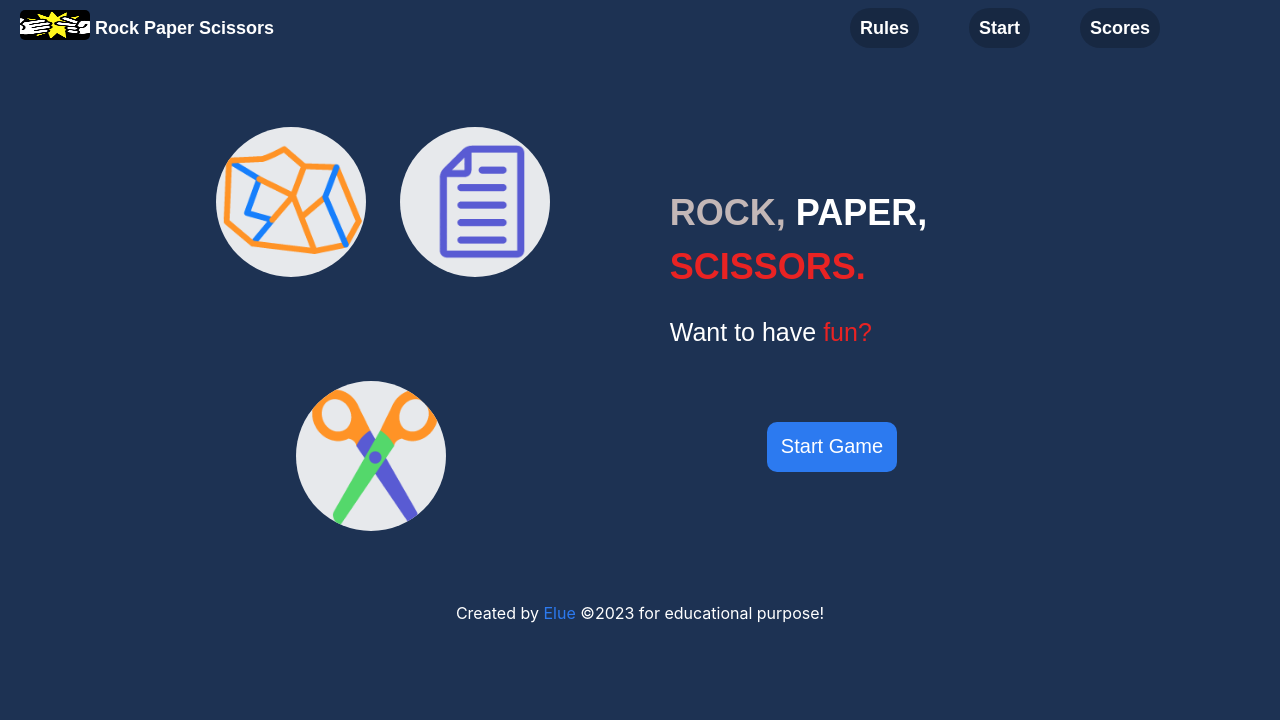
Repository: MikkyPrestige/rock-paper-scissors
Page: index.html
These files come from the project's save history. The page is drawn as it stood at one moment and after the next save; the edit follows.
The browser window is 1280 px wide. The pictures show the whole page.

Above is the page before, as saved 2023-05-08 05:22:21.

After the next save:
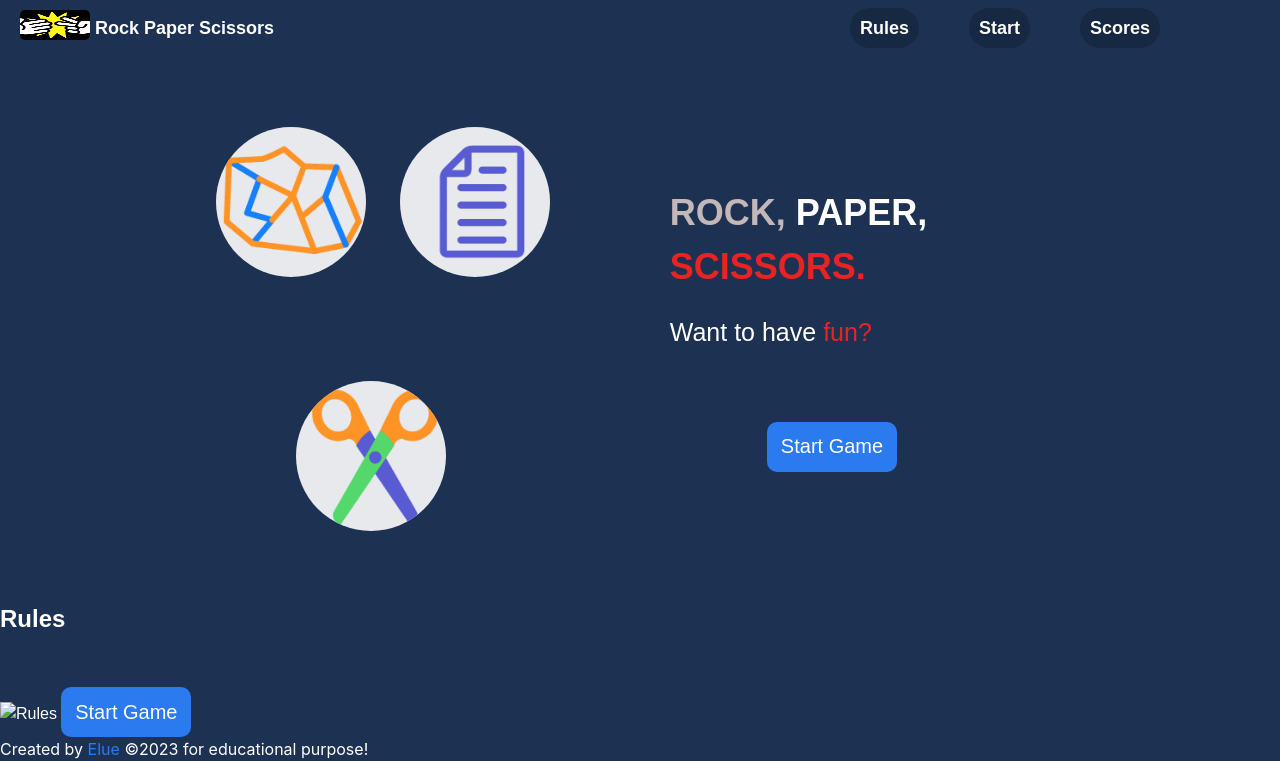
Not found: img/Rules.png
Saved 58 s later.
--- a/index.html
+++ b/index.html
@@ -34,14 +34,23 @@
         <img src="./img/Scissors.gif" alt="Scissors image" class="img scissors">
       </div>
       <div class="content">
-        <h1 class="content--title"><span class="content-rock">Rock,</span> Paper, <span class="content-scissors">Scissors.</span></h1>
+        <h1 class="content--title"><span class="content-rock">Rock,</span> Paper, <span
+            class="content-scissors">Scissors.</span></h1>
         <p class="content--text">Want to have <span class="fun">fun?</span></p>
         <button type="submit" class="btn">Start Game</button>
       </div>
     </section>
 
+    <section class="rules">
+      <div class="rules--content">
+        <h2 class="rules--title">Rules</h2>
+        <img src="./img/Rules.png" alt="Rules" class="rules--img">
+        <button type="submit" class="btn">Start Game</button>
+      </div>
+
     <footer>
-      <p class="footer--text">Created by <a href="#" target="_blank" class="footer--link">Elue</a> &copy;2023 for educational purpose!</p>
+      <p class="footer--text">Created by <a href="#" target="_blank" class="footer--link">Elue</a> &copy;2023 for
+        educational purpose!</p>
     </footer>
   </main>
 </body>

After the save that followed:
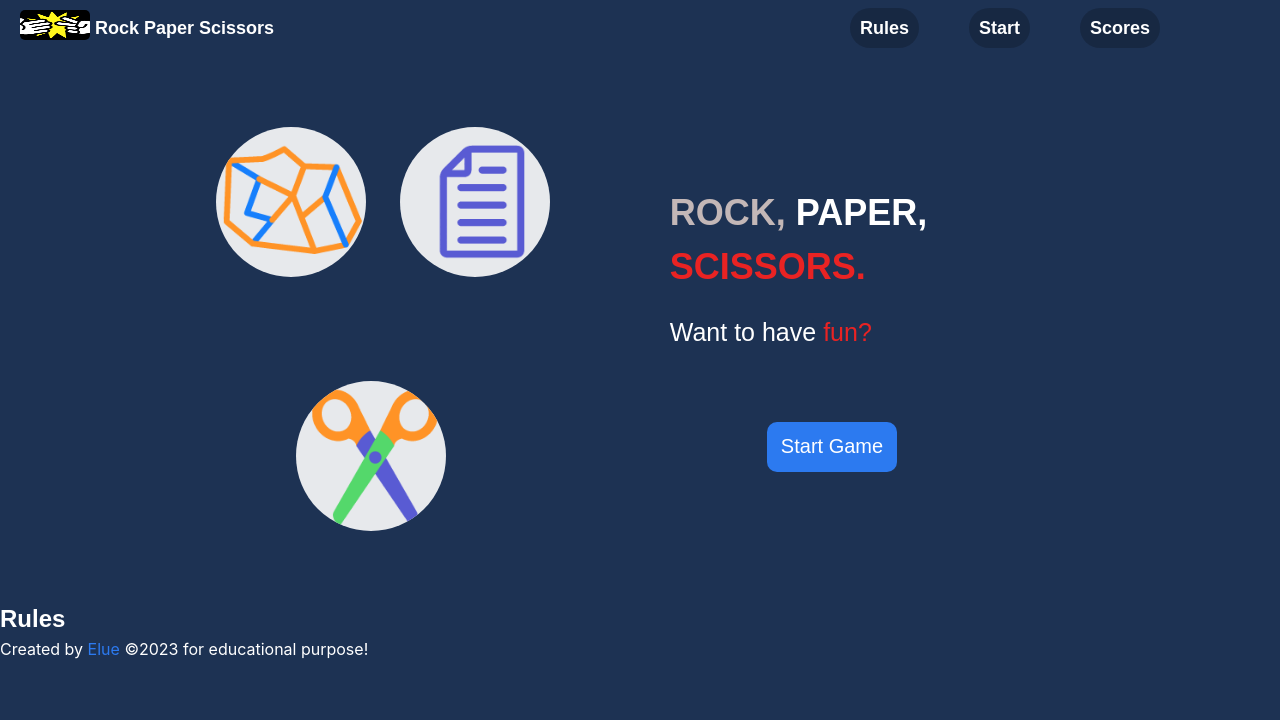
Saved 105 s later.
--- a/index.html
+++ b/index.html
@@ -44,8 +44,6 @@
     <section class="rules">
       <div class="rules--content">
         <h2 class="rules--title">Rules</h2>
-        <img src="./img/Rules.png" alt="Rules" class="rules--img">
-        <button type="submit" class="btn">Start Game</button>
       </div>
 
     <footer>
